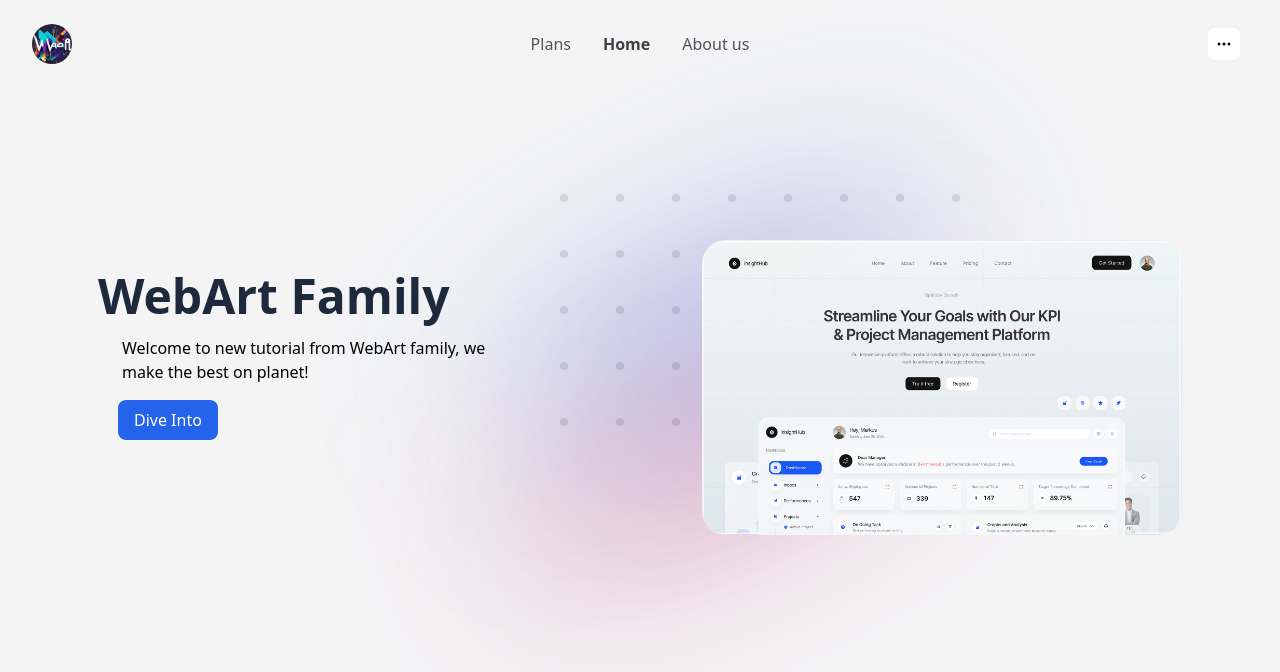
Repository: 30namp/youtube-web-art-code
Page: stunning landing page 1/index.html
An editor plug-in stored every save of this project. The page is shown before and after the next save, followed by the edit.
The browser window is 1280 px wide. The pictures show the whole page.

Above is the page before, as saved 2024-09-26 21:17:39.

After the next save:
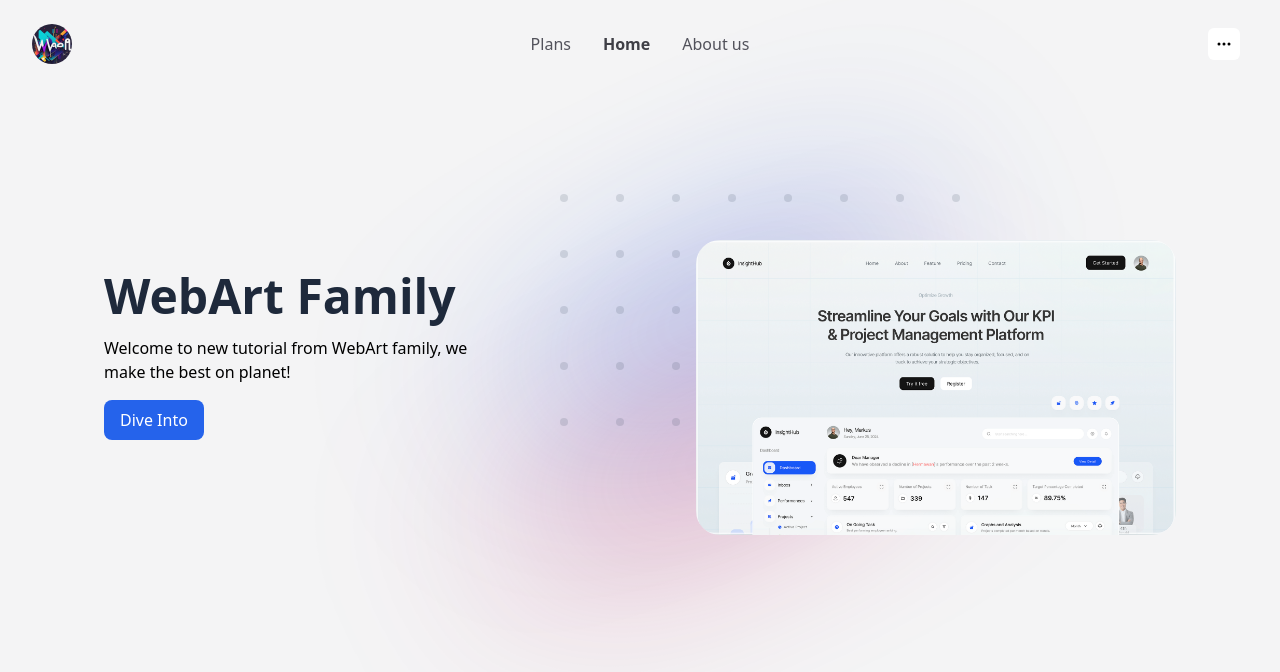
Saved 11 s later.
--- a/stunning landing page 1/index.html
+++ b/stunning landing page 1/index.html
@@ -94,12 +94,12 @@
     <div class="hero-section relative pt-60 flex justify-around items-start">
       <div class="content flex flex-col items-start gap-4 pt-8">
         <h1 class="text-5xl font-bold text-slate-800">WebArt Family</h1>
-        <p class="description ml-6 w-96">
+        <p class="description w-96">
           Welcome to new tutorial from WebArt family, we make the best on
           planet!
         </p>
         <button
-          class="ml-5 px-4 py-2 rounded-lg bg-blue-600 text-white hover:scale-105 active:scale-100 transition"
+          class="px-4 py-2 rounded-lg bg-blue-600 text-white hover:scale-105 active:scale-100 transition"
         >
           Dive Into
         </button>
